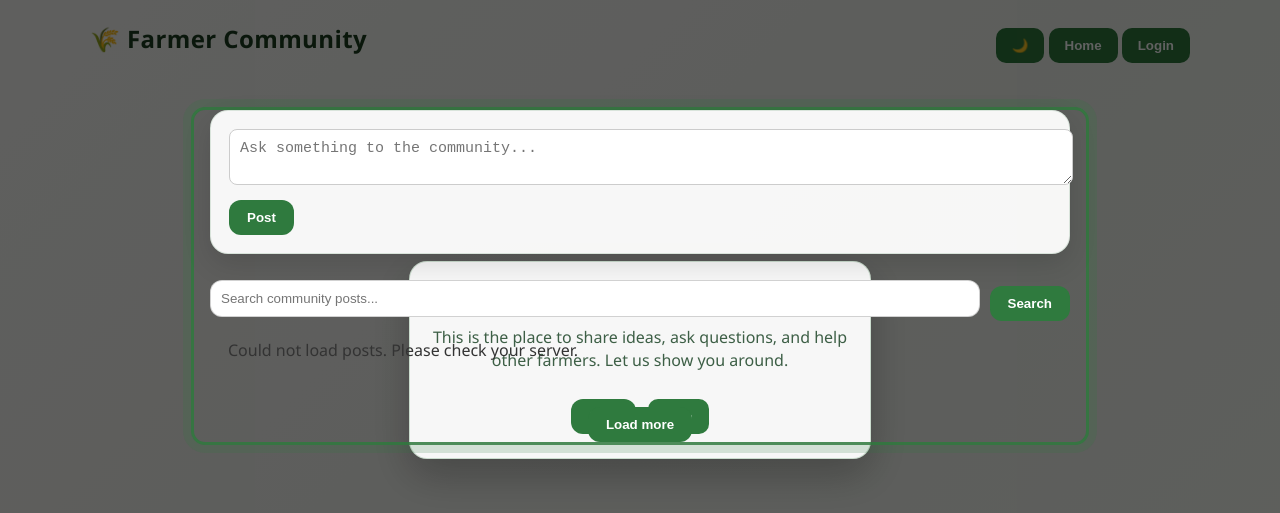
Repository: Desterhub/Agrogyanchatgpt
Page: agrogyan-gpt-main/frontend/community.html
These files come from the project's save history. The page is drawn as it stood at one moment and after the next save; the edit follows.
The browser window is 1280 px wide. The pictures show the whole page.
The page's requests for data from a server got no answer.

Above is the page before, as saved 2026-03-12 12:33:52.

### agrogyan-gpt-main/frontend/community.html
<!DOCTYPE html>
<html lang="en">
<head>
    <meta charset="UTF-8">
    <title>Farmer Community</title>
    <link rel="stylesheet" href="style.css">
    <style>
        /* Community page tweaks (extends base styles in style.css) */
        .community-container {
            max-width: 860px;
            margin: 26px auto 64px;
            padding: 0 16px;
        }

        .post-box {
            transition: transform 0.2s ease, box-shadow 0.2s ease;
        }

        .post-box:hover {
            transform: translateY(-2px);
            box-shadow: 0 10px 28px rgba(0, 0, 0, 0.14);
        }

        .post-card {
            background: rgba(255, 255, 255, 0.95);
            padding: 18px;
            border-radius: 18px;
            margin-bottom: 18px;
            box-shadow: 0 10px 26px rgba(0, 0, 0, 0.1);
            border: 1px solid rgba(47, 122, 62, 0.12);
            transition: transform 0.2s ease, box-shadow 0.2s ease, opacity 0.2s ease;
            opacity: 0;
            animation: fadeInUp 0.34s forwards;
        }

        .post-card:hover {
            transform: translateY(-3px);
            box-shadow: 0 14px 34px rgba(0, 0, 0, 0.15);
        }

        .post-header {
            display: flex;
            justify-content: space-between;
            align-items: flex-start;
            gap: 14px;
        }

        .post-meta {
            font-size: 13px;
            color: #536e55;
            white-space: nowrap;
        }

        .post-actions {
            display: flex;
            gap: 10px;
            flex-wrap: wrap;
            margin-top: 16px;
        }

        .post-actions button {
            background: rgba(47, 122, 62, 0.1);
            border: 1px solid rgba(47, 122, 62, 0.25);
            color: #2f7a3e;
            padding: 8px 14px;
            border-radius: 12px;
            cursor: pointer;
            transition: background 0.2s ease, transform 0.2s ease;
        }

        .post-actions button:hover {
            background: rgba(47, 122, 62, 0.18);
            transform: translateY(-1px);
        }

        .comment {
            background: rgba(47, 122, 62, 0.08);
            border: 1px solid rgba(47, 122, 62, 0.12);
            padding: 10px 12px;
            border-radius: 12px;
            margin-top: 10px;
        }

        /* loading skeleton */
        .skeleton {
            position: relative;
            overflow: hidden;
            opacity: 0.9;
        }

        .skeleton::after {
            content: "";
            position: absolute;
            top: 0;
            left: -120%;
            width: 120%;
            height: 100%;
            background: linear-gradient(90deg, transparent, rgba(255, 255, 255, 0.6), transparent);
            animation: shimmer 1.3s infinite;
        }

        .skeleton-line {
            background: rgba(230, 230, 230, 0.9);
            border-radius: 10px;
            height: 14px;
            margin-bottom: 10px;
        }

        .skeleton-title {
            width: 60%;
            height: 18px;
        }

        .skeleton-meta {
            width: 35%;
            height: 12px;
        }

        .skeleton-text {
            width: 100%;
        }

        .skeleton-action {
            width: 52%;
            height: 32px;
        }

        @keyframes shimmer {
            from {
                transform: translateX(-120%);
            }
            to {
                transform: translateX(120%);
            }
        }

        @keyframes fadeInUp {
            from {
                opacity: 0;
                transform: translateY(12px);
            }
            to {
                opacity: 1;
                transform: translateY(0);
            }
        }

        @media (max-width: 640px) {
            .top-bar {
                flex-wrap: wrap;
                gap: 10px;
                justify-content: center;
            }

            .top-actions {
                width: 100%;
                justify-content: center;
            }

            .community-container {
                padding: 0 14px;
            }

            .post-card {
                padding: 14px;
            }

            .post-actions {
                flex-direction: column;
                align-items: stretch;
            }

            .post-actions button {
                width: 100%;
            }
        }
    </style>
</head>

<body>

<header class="top-bar">
    <div class="brand-left">
        🌾 Farmer Community
        <div id="welcomeUser" class="welcome-text"></div>
    </div>

    <div class="top-actions">
        <button id="themeButton" class="nav-btn" onclick="toggleTheme()">🌙</button>
        <button class="nav-btn" onclick="goHome()">Home</button>
        <button id="authButton" class="nav-btn"></button>
    </div>
</header>

<div id="toast" class="toast"></div>

<div id="tourOverlay" class="tour-overlay hidden">
    <div class="tour-card">
        <div class="tour-step" id="tourStep">
            <h3 id="tourTitle">Welcome!</h3>
            <p id="tourText">Let's walk through the community features.</p>
            <div class="tour-buttons">
                <button id="tourNext" class="primary-btn">Next</button>
                <button id="tourSkip" class="nav-btn">Skip</button>
            </div>
        </div>
    </div>
</div>

<main class="community-container">
    <section class="post-box">
        <textarea id="postContent" placeholder="Ask something to the community..."></textarea>
        <button class="primary-btn" onclick="createPost()">Post</button>
    </section>

    <section class="search-bar" style="margin-top: 16px; display: flex; gap: 10px; flex-wrap: wrap; align-items: center;">
        <input id="postSearch" placeholder="Search community posts..." style="flex:1; padding:10px; border-radius:12px; border:1px solid rgba(0,0,0,0.18);" />
        <button class="primary-btn" onclick="searchPosts()">Search</button>
    </section>

    <div id="postsContainer"></div>

    <div id="loadMoreWrapper" style="text-align:center; margin-top: 18px;">
        <button id="loadMoreBtn" class="primary-btn" onclick="loadMorePosts()">Load more</button>
    </div>
</main>

<div class="mobile-actions">
    <button class="nav-btn" onclick="createPost()">+ New post</button>
    <button class="nav-btn" onclick="loadPosts({ reset: true })">↻ Refresh</button>
</div>

<script>
const API = "http://127.0.0.1:8000";
const PAGE_SIZE = 6;

let postOffset = 0;
let currentSearch = "";
let currentUserId = null;

function setTheme(theme) {
    document.body.classList.toggle("dark-mode", theme === "dark");
    localStorage.setItem("theme", theme);
    const themeButton = document.getElementById("themeButton");
    if (themeButton) {
        themeButton.innerText = theme === "dark" ? "☀️" : "🌙";
    }
}

function toggleTheme() {
    const active = document.body.classList.contains("dark-mode") ? "dark" : "light";
    setTheme(active === "dark" ? "light" : "dark");
}

function showToast(message, type = "success", duration = 3200) {
    const toast = document.getElementById("toast");
    if (!toast) return;

    toast.className = `toast show ${type}`;
    toast.innerText = message;

    clearTimeout(toast.dismissId);
    toast.dismissId = setTimeout(() => {
        toast.className = "toast";
    }, duration);
}

const tourSteps = [
    {
        title: "Welcome to your community",
        text: "This is the place to share ideas, ask questions, and help other farmers. Let us show you around.",
        selector: ".community-container",
        position: "bottom"
    },
    {
        title: "Create a post",
        text: "Start a discussion by typing in the box at the top and tapping Post. Your fellow farmers will see it instantly.",
        selector: "#postContent",
        position: "bottom"
    },
    {
        title: "React & reply",
        text: "Use emoji reactions or reply to posts to keep the conversation going. You can even edit or delete your own posts.",
        selector: ".post-actions",
        position: "top"
    },
    {
        title: "Search & explore",
        text: "Use the search box to quickly find posts, and tap Load more to see older discussions.",
        selector: "#postSearch",
        position: "bottom"
    },
];

let tourStepIndex = 0;

function clearTourHighlights() {
    document.querySelectorAll(".tour-highlight").forEach((el) => {
        el.classList.remove("tour-highlight");
        el.removeAttribute("data-position");
    });
}

function showTourStep(index) {
    const overlay = document.getElementById("tourOverlay");
    const title = document.getElementById("tourTitle");
    const text = document.getElementById("tourText");

    if (!overlay || !title || !text) return;

    const step = tourSteps[index];
    if (!step) {
        endTour();
        return;
    }

    title.innerText = step.title;
    text.innerText = step.text;
    overlay.classList.remove("hidden");

    clearTourHighlights();

    if (step.selector) {
        const target = document.querySelector(step.selector);
        if (target) {
            target.classList.add("tour-highlight");
            if (step.position) {
                target.setAttribute("data-position", step.position);
            }
            target.scrollIntoView({ behavior: "smooth", block: "center" });
        }
    }
}

function nextTourStep() {
    tourStepIndex += 1;
    if (tourStepIndex >= tourSteps.length) {
        endTour();
        return;
    }
    showTourStep(tourStepIndex);
}

function getTourStorageKey() {
    // Use per-user storage so each new registered user gets the tour.
    return currentUserId ? `communityTourSeen_${currentUserId}` : "communityTourSeen";
}

function endTour() {
    const overlay = document.getElementById("tourOverlay");
    if (overlay) {
        overlay.classList.add("hidden");
    }
    localStorage.setItem(getTourStorageKey(), "1");
}

function maybeStartTour() {
    if (localStorage.getItem(getTourStorageKey())) return;
    tourStepIndex = 0;
    showTourStep(0);
}

function showLoadingSkeleton(count = 3) {
    const container = document.getElementById("postsContainer");
    container.innerHTML = "";

    for (let i = 0; i < count; i++) {
        const card = document.createElement("div");
        card.className = "post-card skeleton";
        card.innerHTML = `
            <div class="skeleton-line skeleton-title"></div>
            <div class="skeleton-line skeleton-meta"></div>
            <div class="skeleton-line skeleton-text"></div>
            <div class="skeleton-line skeleton-text"></div>
            <div class="skeleton-line skeleton-action"></div>
        `;
        container.appendChild(card);
    }
}

function scrollToLatestPost() {
    const container = document.getElementById("postsContainer");
    const last = container.lastElementChild;
    if (last) {
        last.scrollIntoView({ behavior: "smooth", block: "start" });
    }
}

async function createPost() {
    const content = document.getElementById("postContent").value.trim();
    if (!content) {
        alert("Write something first");
        return;
    }

    try {
        await fetch(API + "/community/create-post", {
            method: "POST",
            headers: { "Content-Type": "application/json" },
            body: JSON.stringify({ content, user_id: currentUserId || 1 })
        });
        document.getElementById("postContent").value = "";
        await loadPosts({ reset: true });
        scrollToLatestPost();
        showToast("Posted! Your post is now live.");
    } catch (err) {
        showToast("Unable to post. Check your backend.", "error");
        console.error("createPost error", err);
    }
}

async function loadPosts({ reset = true } = {}) {
    if (reset) {
        postOffset = 0;
    }

    const container = document.getElementById("postsContainer");

    if (reset) {
        container.innerHTML = "";
    }

    showLoadingSkeleton();

    const params = new URLSearchParams({
        limit: PAGE_SIZE.toString(),
        offset: postOffset.toString()
    });
    if (currentSearch) {
        params.set("search", currentSearch);
    }

    let posts = [];
    try {
        const res = await fetch(API + "/community/posts?" + params.toString());
        posts = await res.json();
    } catch (err) {
        showToast("Unable to load posts. Is the backend running?", "error");
        console.error("loadPosts error", err);
        container.innerHTML = "<div style='padding: 18px; color:#333;'>Could not load posts. Please check your server.</div>";
        return;
    }

    if (reset) {
        container.innerHTML = "";
    }

    if (reset && posts.length === 0) {
        showToast("No posts yet — be the first to share!", "error");
    }

    for (const post of posts) {
        const commentRes = await fetch(API + "/community/comments/" + post.id);
        const comments = await commentRes.json();

        const postDiv = document.createElement("div");
        postDiv.className = "post-card";

        const reactionButtons = ["❤️", "😂", "😮", "😢", "😡"].map((emoji) => {
            const count = (post.reactions && post.reactions[emoji]) || 0;
            return `<button onclick="addReaction(${post.id}, '${emoji}')">${emoji} ${count}</button>`;
        }).join("");

        const isOwner = post.user_id && currentUserId && String(post.user_id) === String(currentUserId);
        const ownerActions = isOwner ? `
            <button onclick="editPost(${post.id})">✏️</button>
            <button onclick="deletePost(${post.id})">🗑️</button>
        ` : "";

        postDiv.innerHTML = `
            <div class="post-header">
                <div>
                    <div class="post-content" id="post-content-${post.id}">${post.content}</div>
                    <div class="post-meta">Posted by <strong>${post.user_name || "Anonymous"}</strong> • ${new Date(post.timestamp).toLocaleString()}</div>
                </div>
            </div>

            <div class="post-actions">
                <button onclick="likePost(${post.id})">👍 ${post.likes || 0}</button>
                <button onclick="dislikePost(${post.id})">👎 ${post.dislikes || 0}</button>
                ${reactionButtons}
                ${ownerActions}
            </div>

            <div class="comment" style="margin-top: 14px;">
                <input type="text" id="comment-${post.id}" placeholder="Write reply" />
                <button class="primary-btn" style="margin-top: 10px;" onclick="addComment(${post.id})">Reply</button>
            </div>

            <div id="comments-${post.id}">
                ${comments.map(c => `<div class="comment"><strong>${c.user_name || 'Guest'}:</strong> ${c.text}</div>`).join("")}
            </div>
        `;

        container.appendChild(postDiv);
    }

    const loadMoreBtn = document.getElementById("loadMoreBtn");
    if (loadMoreBtn) {
        loadMoreBtn.style.display = posts.length < PAGE_SIZE ? "none" : "inline-block";
    }
}

async function loadMorePosts() {
    postOffset += PAGE_SIZE;
    await loadPosts({ reset: false });
}

async function searchPosts() {
    currentSearch = document.getElementById("postSearch").value.trim();
    await loadPosts({ reset: true });
}

async function addReaction(postId, emoji) {
    try {
        await fetch(API + "/community/react", {
            method: "POST",
            headers: { "Content-Type": "application/json" },
            body: JSON.stringify({ post_id: postId, emoji })
        });

        showToast(`Reacted with ${emoji}`);
        loadPosts({ reset: false });
    } catch (err) {
        showToast("Unable to react. Check your backend.", "error");
        console.error("addReaction error", err);
    }
}

async function likePost(id) {
    try {
        await fetch(API + "/community/like/" + id, { method: "POST" });
        showToast("Liked 👍");
        loadPosts({ reset: false });
    } catch (err) {
        showToast("Unable to like. Check your backend.", "error");
        console.error("likePost error", err);
    }
}

async function dislikePost(id) {
    try {
        await fetch(API + "/community/dislike/" + id, { method: "POST" });
        showToast("Disliked 👎", "error");
        loadPosts({ reset: false });
    } catch (err) {
        showToast("Unable to dislike. Check your backend.", "error");
        console.error("dislikePost error", err);
    }
}

async function addComment(id) {
    const text = document.getElementById("comment-" + id).value.trim();
    if (!text) return;

    try {
        await fetch(API + "/community/comment", {
            method: "POST",
            headers: { "Content-Type": "application/json" },
            body: JSON.stringify({ post_id: id, user_id: currentUserId || 1, text })
        });

        showToast("Replied to the post.");
        loadPosts({ reset: false });
        scrollToLatestPost();
    } catch (err) {
        showToast("Unable to add comment. Check your backend.", "error");
        console.error("addComment error", err);
    }
}

async function editPost(postId) {
    const current = document.getElementById(`post-content-${postId}`)?.innerText || "";
    const updated = prompt("Edit your post:", current);
    if (updated === null || updated.trim() === "") return;

    await fetch(API + "/community/post", {
        method: "PUT",
        headers: { "Content-Type": "application/json" },
        body: JSON.stringify({ post_id: postId, user_id: currentUserId, content: updated })
    });

    loadPosts({ reset: true });
    showToast("Post updated!");
}

async function deletePost(postId) {
    if (!confirm("Delete this post?")) return;

    await fetch(API + "/community/post", {
        method: "DELETE",
        headers: { "Content-Type": "application/json" },
        body: JSON.stringify({ post_id: postId, user_id: currentUserId })
    });

    loadPosts({ reset: true });
    showToast("Post removed.", "error");
}

function updateAuthButtons() {
    const user = localStorage.getItem("user");
    currentUserId = parseInt(localStorage.getItem("userId"), 10) || null;

    const authButton = document.getElementById("authButton");
    const welcomeUser = document.getElementById("welcomeUser");

    if (user) {
        welcomeUser.innerText = "Hi " + user;
        authButton.innerText = "Logout";
        authButton.onclick = () => {
            localStorage.removeItem("user");
            localStorage.removeItem("userId");
            window.location.href = "login.html";
        };
    } else {
        welcomeUser.innerText = "";
        authButton.innerText = "Login";
        authButton.onclick = () => {
            window.location.href = "login.html";
        };
    }
}

function goHome() {
    window.location.href = "index.html";
}

// Initialize page
setTheme(localStorage.getItem("theme") || "light");
updateAuthButtons();
loadPosts({ reset: true }).then(() => maybeStartTour());

const tourNextBtn = document.getElementById("tourNext");
const tourSkipBtn = document.getElementById("tourSkip");
if (tourNextBtn) tourNextBtn.addEventListener("click", nextTourStep);
if (tourSkipBtn) tourSkipBtn.addEventListener("click", endTour);
</script>

</body>
</html>

Loaded but not shown: agrogyan-gpt-main/frontend/style.css (579 lines, source omitted)

After the next save:
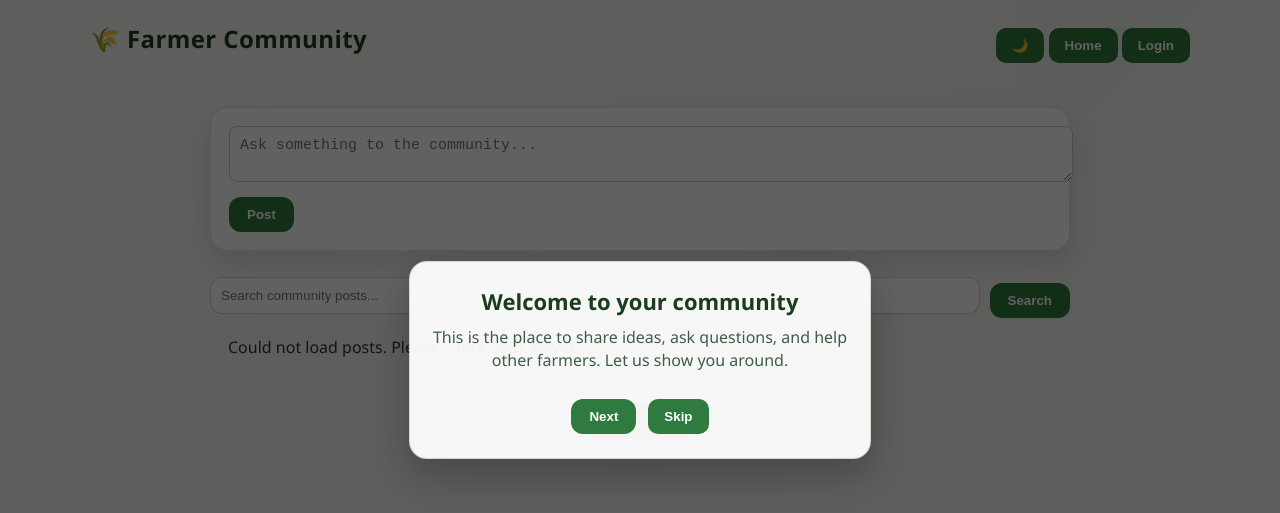
Saved 2 min 20 s later.
--- a/agrogyan-gpt-main/frontend/community.html
+++ b/agrogyan-gpt-main/frontend/community.html
@@ -269,37 +269,22 @@ const tourSteps = [
     {
         title: "Welcome to your community",
         text: "This is the place to share ideas, ask questions, and help other farmers. Let us show you around.",
-        selector: ".community-container",
-        position: "bottom"
     },
     {
         title: "Create a post",
         text: "Start a discussion by typing in the box at the top and tapping Post. Your fellow farmers will see it instantly.",
-        selector: "#postContent",
-        position: "bottom"
     },
     {
         title: "React & reply",
         text: "Use emoji reactions or reply to posts to keep the conversation going. You can even edit or delete your own posts.",
-        selector: ".post-actions",
-        position: "top"
     },
     {
         title: "Search & explore",
         text: "Use the search box to quickly find posts, and tap Load more to see older discussions.",
-        selector: "#postSearch",
-        position: "bottom"
     },
 ];
 
 let tourStepIndex = 0;
-
-function clearTourHighlights() {
-    document.querySelectorAll(".tour-highlight").forEach((el) => {
-        el.classList.remove("tour-highlight");
-        el.removeAttribute("data-position");
-    });
-}
 
 function showTourStep(index) {
     const overlay = document.getElementById("tourOverlay");
@@ -317,19 +302,6 @@ function showTourStep(index) {
     title.innerText = step.title;
     text.innerText = step.text;
     overlay.classList.remove("hidden");
-
-    clearTourHighlights();
-
-    if (step.selector) {
-        const target = document.querySelector(step.selector);
-        if (target) {
-            target.classList.add("tour-highlight");
-            if (step.position) {
-                target.setAttribute("data-position", step.position);
-            }
-            target.scrollIntoView({ behavior: "smooth", block: "center" });
-        }
-    }
 }
 
 function nextTourStep() {
@@ -341,21 +313,16 @@ function nextTourStep() {
     showTourStep(tourStepIndex);
 }
 
-function getTourStorageKey() {
-    // Use per-user storage so each new registered user gets the tour.
-    return currentUserId ? `communityTourSeen_${currentUserId}` : "communityTourSeen";
-}
-
 function endTour() {
     const overlay = document.getElementById("tourOverlay");
     if (overlay) {
         overlay.classList.add("hidden");
     }
-    localStorage.setItem(getTourStorageKey(), "1");
+    localStorage.setItem("communityTourSeen", "1");
 }
 
 function maybeStartTour() {
-    if (localStorage.getItem(getTourStorageKey())) return;
+    if (localStorage.getItem("communityTourSeen")) return;
     tourStepIndex = 0;
     showTourStep(0);
 }
